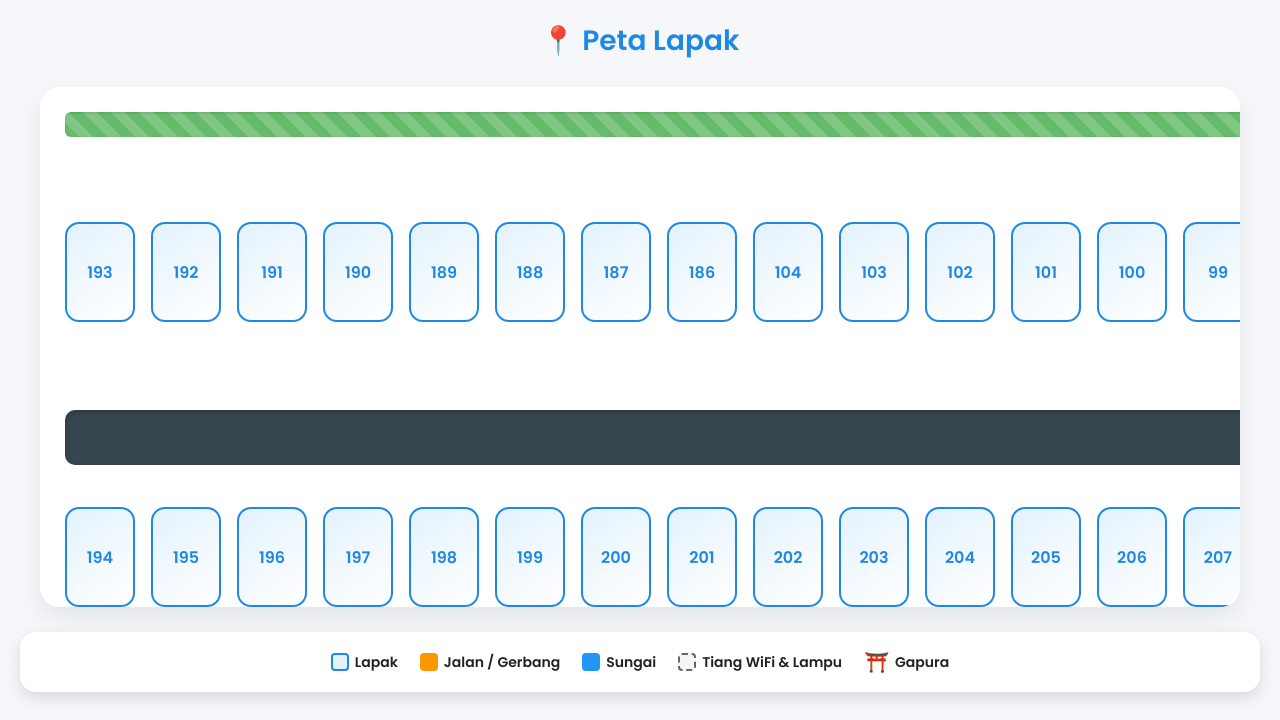
Repository: pasarrakyatbak/denah
Page: index.html
These files come from the project's save history. The page is drawn as it stood at one moment and after the next save; the edit follows.
The browser window is 1280 px wide. The pictures show the whole page.
An inner scrolling area shows only its first screen.

Above is the page before, as saved 2025-09-19 18:30:18.

After the next save:
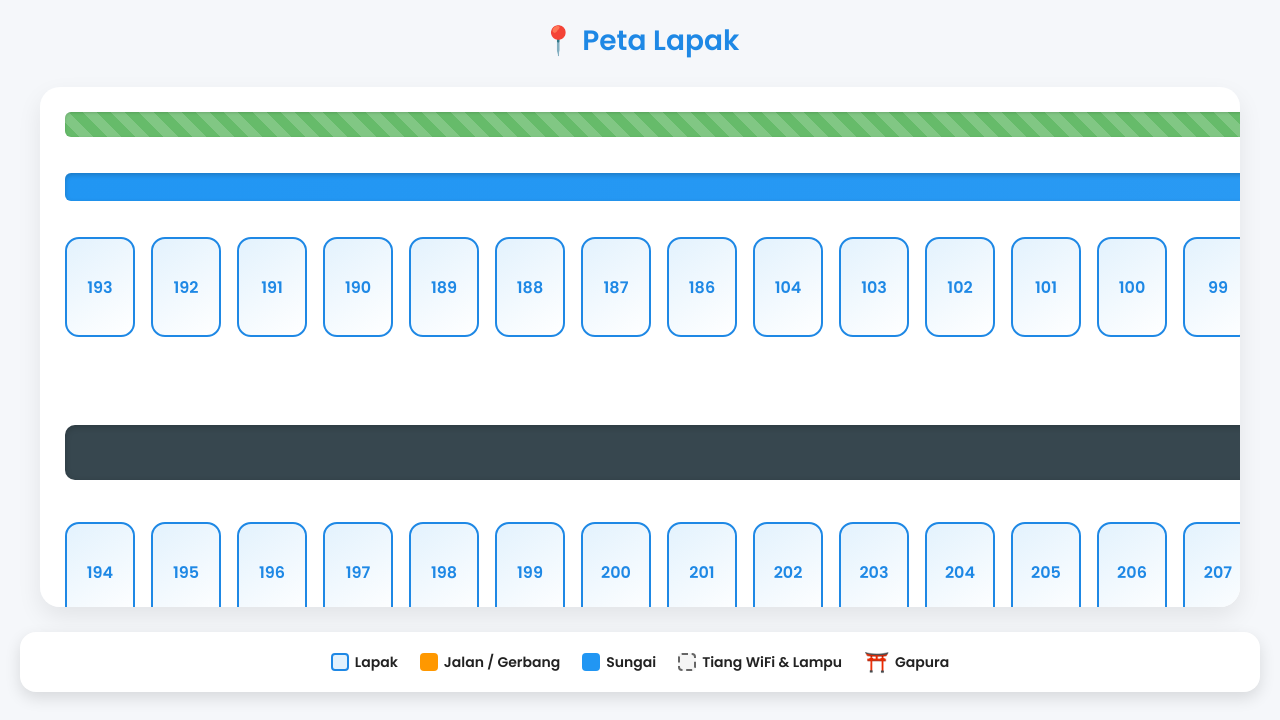
Saved 12 s later.
--- a/style.css
+++ b/style.css
@@ -303,6 +303,23 @@ h1 {
     box-shadow: inset 0 1px 3px rgba(0, 0, 0, 0.15);
 }
 
+/* Sungai samping */
+.sungai-side {
+    width: 100%;
+    height: 28px;
+    background: linear-gradient(90deg, #2196f3, #64b5f6);
+    border-radius: 6px;
+    color: #fff;
+    font-weight: 600;
+    font-size: 13px;
+    display: flex;
+    align-items: center;
+    justify-content: center;
+    gap: 6px;
+    box-shadow: inset 0 2px 5px rgba(0, 0, 0, 0.2);
+    margin: 6px 0;
+}
+
 /* Responsive */
 @media(max-width:900px) {
     .scroll-container {
